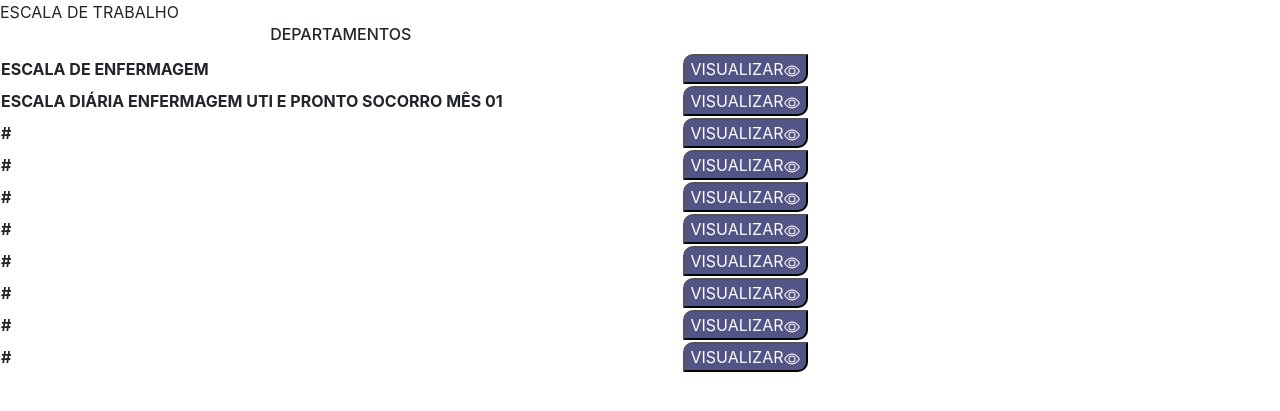
Repository: Leandromarim/INTRANET_PARTICULAR
Page: escala_trabalho.html
The author's editor kept a copy of each file at every save. The page is drawn from the files as they stood at one save, then again after the next save.
The browser window is 1280 px wide. The pictures show the whole page.

Above is the page before, as saved 2021-12-30 09:56:03.
Not found: ajax.js

### escala_trabalho.html
<!DOCTYPE html>
<html lang="pt-br">

<head>
    <meta charset="UTF-8" />
    <meta http-equiv="X-UA-Compatible" content="IE=edge" />
    <meta name="viewport" content="width=device-width, initial-scale=1.0" />
    <link rel="stylesheet" href="./assets/css/bootstrap-grid.css" />
    <link rel="stylesheet" href="./assets/css/bootstrap-grid.min.css" />
    <link rel="stylesheet" href="./assets/css/bootstrap.css" />
    <link rel="stylesheet" href="./assets/css/bootstrap.css" />
    <link rel="stylesheet" href="./assets/css/tables.css" />
    <link rel="stylesheet" href="./assets/css/body.css" />
    <link rel="stylesheet" href="https://stackpath.bootstrapcdn.com/bootstrap/4.1.3/css/bootstrap.min.css" integrity="sha384-MCw98/SFnGE8fJT3GXwEOngsV7Zt27NXFoaoApmYm81iuXoPkFOJwJ8ERdknLPMO" crossorigin="anonymous" />
    <link rel="icon" href="./image/ico/ico_ha.ico" />
    <title>Intranet 2.0</title>
</head>

<body>
    <header id="mainheader"></header>
    <main>
        <section class="container-titulo-tabela">
            <span class="titulo-docs">ESCALA DE TRABALHO</span>
        </section>
        <div class="table-centralizado">
            <table class="col-sm-6 col-lg-8">
                <thead>
                    <th class="titulo-setor" colspan="2">
                        <h6>DEPARTAMENTOS</h6>
                    </th>
                </thead>
                <tbody class="col-sm-6 col-lg-8">
                    <tr>
                        <th class="titulo">ESCALA DE ENFERMAGEM</th>
                        <td><a href="./doc/card/escala_trabalho/ESCALA_DE_ENFERMAGEM.pdf"><button type="button" class="btn-visualizar">VISUALIZAR<svg xmlns="http://www.w3.org/2000/svg" width="16" height="16" fill="currentColor" class="bi bi-eye" viewBox="0 0 16 16">
                    <path d="M16 8s-3-5.5-8-5.5S0 8 0 8s3 5.5 8 5.5S16 8 16 8zM1.173 8a13.133 13.133 0 0 1 1.66-2.043C4.12 4.668 5.88 3.5 8 3.5c2.12 0 3.879 1.168 5.168 2.457A13.133 13.133 0 0 1 14.828 8c-.058.087-.122.183-.195.288-.335.48-.83 1.12-1.465 1.755C11.879 11.332 10.119 12.5 8 12.5c-2.12 0-3.879-1.168-5.168-2.457A13.134 13.134 0 0 1 1.172 8z"/>
                    <path d="M8 5.5a2.5 2.5 0 1 0 0 5 2.5 2.5 0 0 0 0-5zM4.5 8a3.5 3.5 0 1 1 7 0 3.5 3.5 0 0 1-7 0z"/>
                  </svg></button></a></td>
                    </tr>
                    <tr>
                        <th class="titulo">ESCALA DIÁRIA ENFERMAGEM UTI E PRONTO SOCORRO MÊS 01</th>
                        <td><a href="./doc/setores/.pdf"><button type="button" class="btn-visualizar">VISUALIZAR<svg xmlns="http://www.w3.org/2000/svg" width="16" height="16" fill="currentColor" class="bi bi-eye" viewBox="0 0 16 16">
                    <path d="M16 8s-3-5.5-8-5.5S0 8 0 8s3 5.5 8 5.5S16 8 16 8zM1.173 8a13.133 13.133 0 0 1 1.66-2.043C4.12 4.668 5.88 3.5 8 3.5c2.12 0 3.879 1.168 5.168 2.457A13.133 13.133 0 0 1 14.828 8c-.058.087-.122.183-.195.288-.335.48-.83 1.12-1.465 1.755C11.879 11.332 10.119 12.5 8 12.5c-2.12 0-3.879-1.168-5.168-2.457A13.134 13.134 0 0 1 1.172 8z"/>
                    <path d="M8 5.5a2.5 2.5 0 1 0 0 5 2.5 2.5 0 0 0 0-5zM4.5 8a3.5 3.5 0 1 1 7 0 3.5 3.5 0 0 1-7 0z"/>
                  </svg></button></a></td>
                    </tr>
                    <tr>
                        <th class="titulo">#</th>
                        <td><a href="./doc/setores/.pdf"><button type="button" class="btn-visualizar">VISUALIZAR<svg xmlns="http://www.w3.org/2000/svg" width="16" height="16" fill="currentColor" class="bi bi-eye" viewBox="0 0 16 16">
                    <path d="M16 8s-3-5.5-8-5.5S0 8 0 8s3 5.5 8 5.5S16 8 16 8zM1.173 8a13.133 13.133 0 0 1 1.66-2.043C4.12 4.668 5.88 3.5 8 3.5c2.12 0 3.879 1.168 5.168 2.457A13.133 13.133 0 0 1 14.828 8c-.058.087-.122.183-.195.288-.335.48-.83 1.12-1.465 1.755C11.879 11.332 10.119 12.5 8 12.5c-2.12 0-3.879-1.168-5.168-2.457A13.134 13.134 0 0 1 1.172 8z"/>
                    <path d="M8 5.5a2.5 2.5 0 1 0 0 5 2.5 2.5 0 0 0 0-5zM4.5 8a3.5 3.5 0 1 1 7 0 3.5 3.5 0 0 1-7 0z"/>
                  </svg></button></a></td>
                    </tr>
                    <tr>
                        <th class="titulo">#</th>
                        <td><a href="./doc/setores/.pdf"><button type="button" class="btn-visualizar">VISUALIZAR<svg xmlns="http://www.w3.org/2000/svg" width="16" height="16" fill="currentColor" class="bi bi-eye" viewBox="0 0 16 16">
                    <path d="M16 8s-3-5.5-8-5.5S0 8 0 8s3 5.5 8 5.5S16 8 16 8zM1.173 8a13.133 13.133 0 0 1 1.66-2.043C4.12 4.668 5.88 3.5 8 3.5c2.12 0 3.879 1.168 5.168 2.457A13.133 13.133 0 0 1 14.828 8c-.058.087-.122.183-.195.288-.335.48-.83 1.12-1.465 1.755C11.879 11.332 10.119 12.5 8 12.5c-2.12 0-3.879-1.168-5.168-2.457A13.134 13.134 0 0 1 1.172 8z"/>
                    <path d="M8 5.5a2.5 2.5 0 1 0 0 5 2.5 2.5 0 0 0 0-5zM4.5 8a3.5 3.5 0 1 1 7 0 3.5 3.5 0 0 1-7 0z"/>
                  </svg></button></a></td>
                    </tr>
                    <tr>
                        <th class="titulo">#</th>
                        <td><a href="./doc/setores/.pdf"><button type="button" class="btn-visualizar">VISUALIZAR<svg xmlns="http://www.w3.org/2000/svg" width="16" height="16" fill="currentColor" class="bi bi-eye" viewBox="0 0 16 16">
                    <path d="M16 8s-3-5.5-8-5.5S0 8 0 8s3 5.5 8 5.5S16 8 16 8zM1.173 8a13.133 13.133 0 0 1 1.66-2.043C4.12 4.668 5.88 3.5 8 3.5c2.12 0 3.879 1.168 5.168 2.457A13.133 13.133 0 0 1 14.828 8c-.058.087-.122.183-.195.288-.335.48-.83 1.12-1.465 1.755C11.879 11.332 10.119 12.5 8 12.5c-2.12 0-3.879-1.168-5.168-2.457A13.134 13.134 0 0 1 1.172 8z"/>
                    <path d="M8 5.5a2.5 2.5 0 1 0 0 5 2.5 2.5 0 0 0 0-5zM4.5 8a3.5 3.5 0 1 1 7 0 3.5 3.5 0 0 1-7 0z"/>
                  </svg></button></a></td>
                    </tr>
                    <tr>
                        <th class="titulo">#</th>
                        <td><a href="./doc/setores/.pdf"><button type="button" class="btn-visualizar">VISUALIZAR<svg xmlns="http://www.w3.org/2000/svg" width="16" height="16" fill="currentColor" class="bi bi-eye" viewBox="0 0 16 16">
                    <path d="M16 8s-3-5.5-8-5.5S0 8 0 8s3 5.5 8 5.5S16 8 16 8zM1.173 8a13.133 13.133 0 0 1 1.66-2.043C4.12 4.668 5.88 3.5 8 3.5c2.12 0 3.879 1.168 5.168 2.457A13.133 13.133 0 0 1 14.828 8c-.058.087-.122.183-.195.288-.335.48-.83 1.12-1.465 1.755C11.879 11.332 10.119 12.5 8 12.5c-2.12 0-3.879-1.168-5.168-2.457A13.134 13.134 0 0 1 1.172 8z"/>
                    <path d="M8 5.5a2.5 2.5 0 1 0 0 5 2.5 2.5 0 0 0 0-5zM4.5 8a3.5 3.5 0 1 1 7 0 3.5 3.5 0 0 1-7 0z"/>
                  </svg></button></a></td>
                    </tr>
                    <tr>
                        <th class="titulo">#</th>
                        <td><a href="./doc/setores/.pdf"><button type="button" class="btn-visualizar">VISUALIZAR<svg xmlns="http://www.w3.org/2000/svg" width="16" height="16" fill="currentColor" class="bi bi-eye" viewBox="0 0 16 16">
                    <path d="M16 8s-3-5.5-8-5.5S0 8 0 8s3 5.5 8 5.5S16 8 16 8zM1.173 8a13.133 13.133 0 0 1 1.66-2.043C4.12 4.668 5.88 3.5 8 3.5c2.12 0 3.879 1.168 5.168 2.457A13.133 13.133 0 0 1 14.828 8c-.058.087-.122.183-.195.288-.335.48-.83 1.12-1.465 1.755C11.879 11.332 10.119 12.5 8 12.5c-2.12 0-3.879-1.168-5.168-2.457A13.134 13.134 0 0 1 1.172 8z"/>
                    <path d="M8 5.5a2.5 2.5 0 1 0 0 5 2.5 2.5 0 0 0 0-5zM4.5 8a3.5 3.5 0 1 1 7 0 3.5 3.5 0 0 1-7 0z"/>
                  </svg></button></a></td>
                    </tr>
                    <tr>
                        <th class="titulo">#</th>
                        <td><a href="./doc/setores/.pdf"><button type="button" class="btn-visualizar">VISUALIZAR<svg xmlns="http://www.w3.org/2000/svg" width="16" height="16" fill="currentColor" class="bi bi-eye" viewBox="0 0 16 16">
                    <path d="M16 8s-3-5.5-8-5.5S0 8 0 8s3 5.5 8 5.5S16 8 16 8zM1.173 8a13.133 13.133 0 0 1 1.66-2.043C4.12 4.668 5.88 3.5 8 3.5c2.12 0 3.879 1.168 5.168 2.457A13.133 13.133 0 0 1 14.828 8c-.058.087-.122.183-.195.288-.335.48-.83 1.12-1.465 1.755C11.879 11.332 10.119 12.5 8 12.5c-2.12 0-3.879-1.168-5.168-2.457A13.134 13.134 0 0 1 1.172 8z"/>
                    <path d="M8 5.5a2.5 2.5 0 1 0 0 5 2.5 2.5 0 0 0 0-5zM4.5 8a3.5 3.5 0 1 1 7 0 3.5 3.5 0 0 1-7 0z"/>
                  </svg></button></a></td>
                    </tr>
                    <tr>
                        <th class="titulo">#</th>
                        <td><a href="./doc/setores/.pdf"><button type="button" class="btn-visualizar">VISUALIZAR<svg xmlns="http://www.w3.org/2000/svg" width="16" height="16" fill="currentColor" class="bi bi-eye" viewBox="0 0 16 16">
                    <path d="M16 8s-3-5.5-8-5.5S0 8 0 8s3 5.5 8 5.5S16 8 16 8zM1.173 8a13.133 13.133 0 0 1 1.66-2.043C4.12 4.668 5.88 3.5 8 3.5c2.12 0 3.879 1.168 5.168 2.457A13.133 13.133 0 0 1 14.828 8c-.058.087-.122.183-.195.288-.335.48-.83 1.12-1.465 1.755C11.879 11.332 10.119 12.5 8 12.5c-2.12 0-3.879-1.168-5.168-2.457A13.134 13.134 0 0 1 1.172 8z"/>
                    <path d="M8 5.5a2.5 2.5 0 1 0 0 5 2.5 2.5 0 0 0 0-5zM4.5 8a3.5 3.5 0 1 1 7 0 3.5 3.5 0 0 1-7 0z"/>
                  </svg></button></a></td>
                    </tr>
                    <tr>
                        <th class="titulo">#</th>
                        <td><a href="./doc/setores/.pdf"><button type="button" class="btn-visualizar">VISUALIZAR<svg xmlns="http://www.w3.org/2000/svg" width="16" height="16" fill="currentColor" class="bi bi-eye" viewBox="0 0 16 16">
                    <path d="M16 8s-3-5.5-8-5.5S0 8 0 8s3 5.5 8 5.5S16 8 16 8zM1.173 8a13.133 13.133 0 0 1 1.66-2.043C4.12 4.668 5.88 3.5 8 3.5c2.12 0 3.879 1.168 5.168 2.457A13.133 13.133 0 0 1 14.828 8c-.058.087-.122.183-.195.288-.335.48-.83 1.12-1.465 1.755C11.879 11.332 10.119 12.5 8 12.5c-2.12 0-3.879-1.168-5.168-2.457A13.134 13.134 0 0 1 1.172 8z"/>
                    <path d="M8 5.5a2.5 2.5 0 1 0 0 5 2.5 2.5 0 0 0 0-5zM4.5 8a3.5 3.5 0 1 1 7 0 3.5 3.5 0 0 1-7 0z"/>
                  </svg></button></a></td>
                    </tr>
                </tbody>
            </table>
        </div>
    </main>
    <footer id="mainfooter"></footer>
</body>
<script src="assets/js/bootstrap.js"></script>
<script src="ajax.js"></script>

</html>

### assets/css/tables.css
section.table-centralizado, thead{
    position: relative;
    display: flex;
    align-items: center;
    align-content: center;
    justify-content: center;
    justify-items: center;
}

.tabela {
    position: relative;
    display: flex;
    align-items: center;
    align-content: center;
    justify-items: center;
    justify-content: center;
}

thead h2.titulo-tabela {
    position: relative;
    display: flex;
    justify-content: center;
    justify-items: center;
    align-items: center;
    align-content: center;
}


main table.table {
    background-color: #fff;
}

th.celula,
td.coluna {
    color: #525486;
    text-transform: uppercase;
}

th {
    border-radius: 20px;
}

td .btn-visualizar {
    background-color: #525486;
    color: #fff;
    border-radius: 10px 0 10px 0;
}

td .btn-visualizar:hover {
    background-color: #fff;
    color: #525486;
}

### assets/css/body.css
.container-card {
    display: flex;
    position: relative;
    align-items: center;
    align-content: center;
    justify-content: center;
    justify-items: center;
}

.container-card img {
    border-radius: 20px 0 20px 0;
}

div.card {
    position: relative;
    display: flex;
    width: 20rem;
    margin: 5px;
    padding: 1px;
    background-color: #525486;
    border-radius: 20px 0 20px 0;
    top: 10px;
}

#card-text {
    display: flex;
    position: relative;
    color: white;
    align-content: center;
    align-items: center;
    justify-content: center;
    justify-items: center;
}

.titulo-docs h2 {
    position: relative;
    display: flex;
    justify-content: center;
    color: #525486;
}

Loaded but not shown: assets/css/bootstrap-grid.css (library); assets/css/bootstrap-grid.min.css (library); assets/css/bootstrap.css (library); assets/js/bootstrap.js (library)

After the next save:
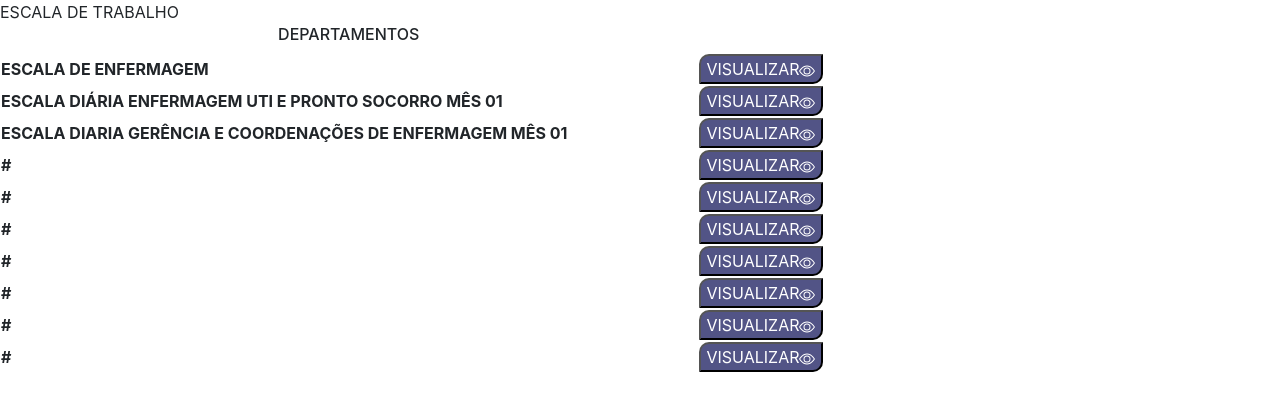
Saved 29 s later.
--- a/escala_trabalho.html
+++ b/escala_trabalho.html
@@ -45,7 +45,7 @@
                   </svg></button></a></td>
                     </tr>
                     <tr>
-                        <th class="titulo">#</th>
+                        <th class="titulo">ESCALA DIARIA GERÊNCIA E COORDENAÇÕES DE ENFERMAGEM MÊS 01</th>
                         <td><a href="./doc/setores/.pdf"><button type="button" class="btn-visualizar">VISUALIZAR<svg xmlns="http://www.w3.org/2000/svg" width="16" height="16" fill="currentColor" class="bi bi-eye" viewBox="0 0 16 16">
                     <path d="M16 8s-3-5.5-8-5.5S0 8 0 8s3 5.5 8 5.5S16 8 16 8zM1.173 8a13.133 13.133 0 0 1 1.66-2.043C4.12 4.668 5.88 3.5 8 3.5c2.12 0 3.879 1.168 5.168 2.457A13.133 13.133 0 0 1 14.828 8c-.058.087-.122.183-.195.288-.335.48-.83 1.12-1.465 1.755C11.879 11.332 10.119 12.5 8 12.5c-2.12 0-3.879-1.168-5.168-2.457A13.134 13.134 0 0 1 1.172 8z"/>
                     <path d="M8 5.5a2.5 2.5 0 1 0 0 5 2.5 2.5 0 0 0 0-5zM4.5 8a3.5 3.5 0 1 1 7 0 3.5 3.5 0 0 1-7 0z"/>
